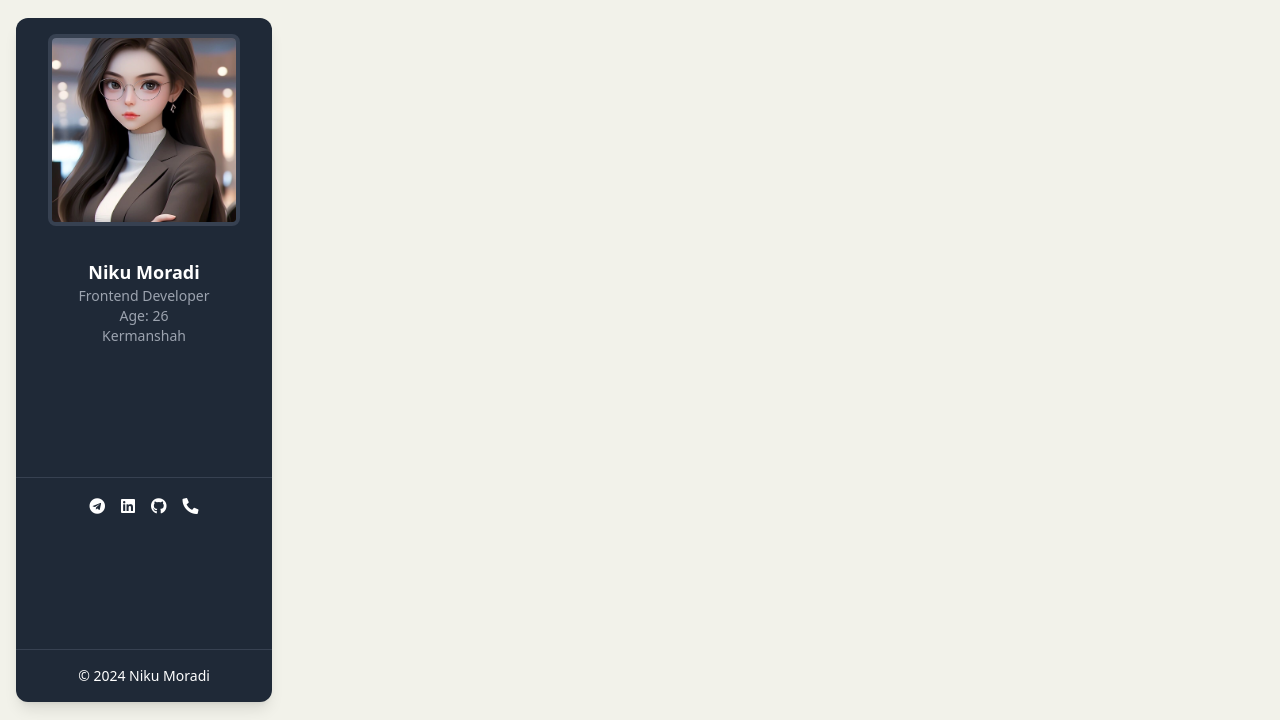
Repository: NikuMoradi/niku-moradi
Page: /About
These files come from the project's save history. The page is drawn as it stood at one moment and after the next save; the edit follows.
The browser window is 1280 px wide. The pictures show the whole page.
The project was rebuilt for these pictures with package versions that can differ from the ones it lists, and the page was loaded fresh each time. The framework's server and built-in components were replaced by stand-ins that run in the browser. Also part of the build but not shown: nuxt.config.ts, components/Blog Posts/Component-Design.vue, components/Blog.vue, components/Contact.vue, components/Education.vue, components/Experience.vue, components/Hero.vue, components/Menu.vue and 6 more.

Above is the page before, as saved 2024-11-28 11:46:38.

### assets/css/main.css
@tailwind base;
@tailwind components;
@tailwind utilities;

body {
  background-color: #f2f2ea; /* Light grayish-blue */
}

### components/LeftPanel.vue
<template>
  <div class="flex items-center h-screen">
    <div
      class="bg-gray-800 text-white h-[95vh] w-64 ml-4 rounded-xl shadow-lg flex flex-col justify-between"
    >
      <div>
        <!-- Profile Picture -->
        <div class="p-4 flex justify-center">
          <img
            src="../assets/img/photo_2024-11-28_10-37-05.jpg"
            alt="Profile Picture"
            class="w-48 h-48 rounded-lg border-4 border-gray-700 object-cover object-center"
          />
        </div>

        <!-- Biography -->
        <div class="p-4 text-center">
          <h2 class="text-lg font-bold">Niku Moradi</h2>
          <p class="text-sm text-gray-400">Frontend Developer</p>
          <p class="text-sm text-gray-400">Age: 26</p>
          <p class="text-sm text-gray-400">Kermanshah</p>
        </div>
      </div>
      <!-- Social Links -->
      <div class="p-4 border-t border-gray-700 text-center">
        <div class="space-x-4">
          <a
            href="https://t.me/yourusername"
            target="_blank"
            class="text-white hover:text-blue-400"
          >
            <i class="fab fa-telegram"></i>
          </a>
          <a
            href="https://linkedin.com/in/yourusername"
            target="_blank"
            class="text-white hover:text-blue-600"
          >
            <i class="fab fa-linkedin"></i>
          </a>
          <a
            href="https://github.com/yourusername"
            target="_blank"
            class="text-white hover:text-gray-700"
          >
            <i class="fab fa-github"></i>
          </a>
          <a href="tel:+1234567890" class="text-white hover:text-green-400">
            <i class="fas fa-phone-alt"></i>
          </a>
        </div>
      </div>

      <!-- Footer -->
      <div class="p-4 border-t border-gray-700 text-center">
        <p class="text-sm">© 2024 Niku Moradi</p>
      </div>
    </div>
  </div>
</template>

### app.vue
<template>
  <LeftPanel />
</template>

Loaded but not shown: tailwind.config.js (common file); plugins/aos.client.js (no copy from this time; the picture is the same without it)

After the next save:
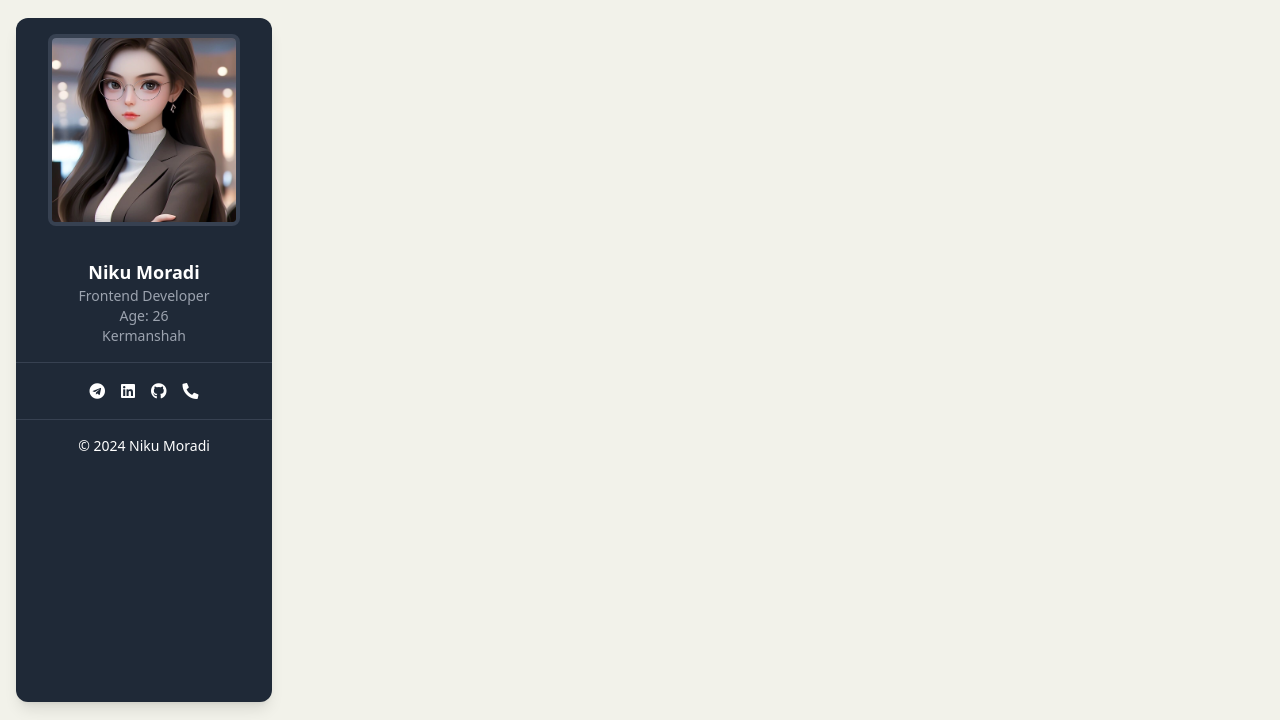
Saved 27 s later.
--- a/components/LeftPanel.vue
+++ b/components/LeftPanel.vue
@@ -1,7 +1,7 @@
 <template>
   <div class="flex items-center h-screen">
     <div
-      class="bg-gray-800 text-white h-[95vh] w-64 ml-4 rounded-xl shadow-lg flex flex-col justify-between"
+      class="bg-gray-800 text-white h-[95vh] w-64 ml-4 rounded-xl shadow-lg flex flex-col"
     >
       <div>
         <!-- Profile Picture -->
